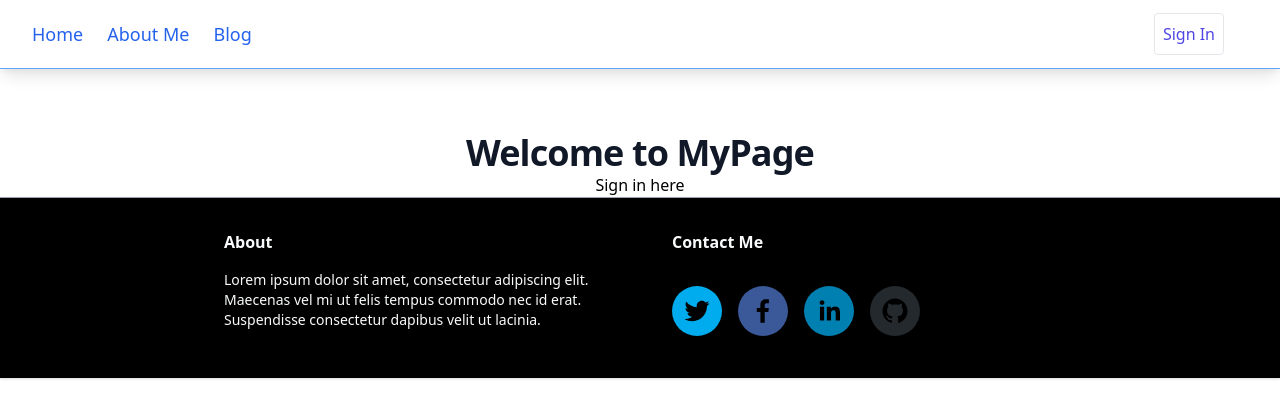
Repository: rushilramesh/portfolio-page
Page: /
An editor plug-in stored every save of this project. The page is shown before and after the next save, followed by the edit.
The browser window is 1280 px wide. The pictures show the whole page.
The project was rebuilt for these pictures with package versions that can differ from the ones it lists, and the page was loaded fresh each time. The framework's server and built-in components were replaced by stand-ins that run in the browser. Also part of the build but not shown: next.config.js.

Above is the page before, as saved 2021-05-21 02:39:37.

After the next save:
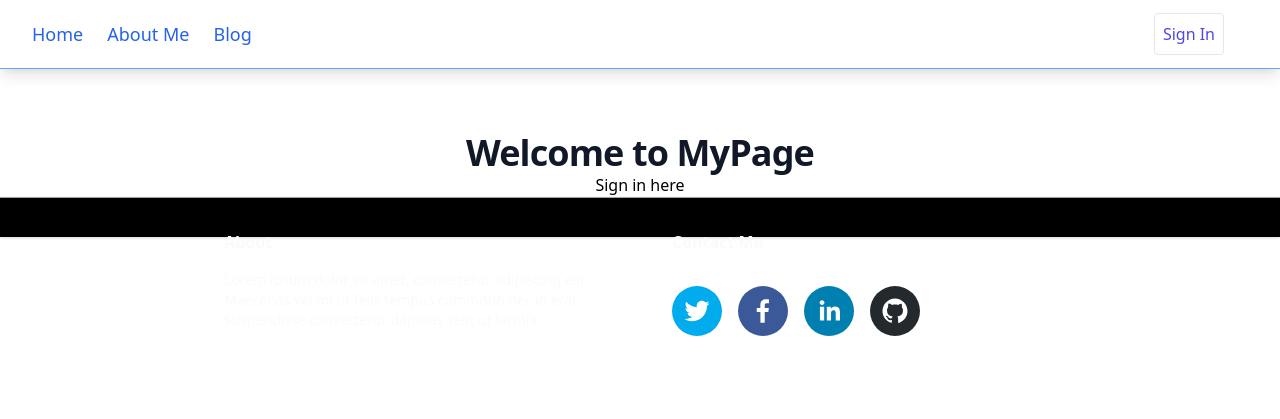
Saved 3 min 11 s later.
--- a/components/Layout.tsx
+++ b/components/Layout.tsx
@@ -11,7 +11,7 @@
         <div className="container mx-auto text-center">
             <main>{children}</main>
         </div>
-        <footer className="bg-black border-t border-gray-400 shadow mb-16 text-gray-50">
+        <footer className="bg-black border-t border-gray-400 shadow mb-16 text-gray-50 h-10" >
             <div className="container max-w-4xl mx-auto flex py-8 space-y-4ß">
                 <div className="flex w-full md:w-1/2 ">
                     <div className="px-8">

After the 2 saves that followed:
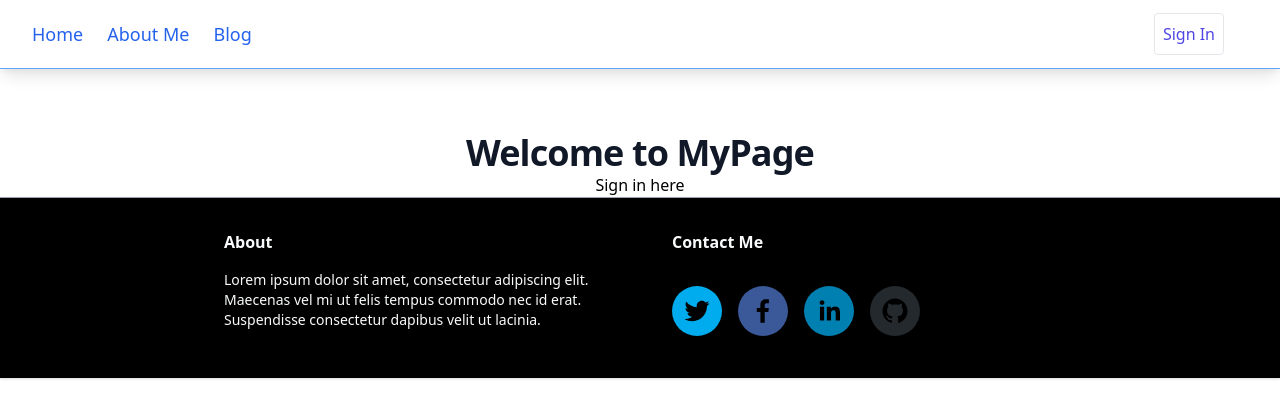
The 2 saves are shown as one change because 1 left the picture as it was.
The last was saved 26 s later.
--- a/components/Layout.tsx
+++ b/components/Layout.tsx
@@ -6,12 +6,12 @@
 
 const Layout = ({children, loggedIn} : {children: React.ReactNode, loggedIn?: boolean}) => {
     return (
-        <div className="flex flex-col width-screen height-screen">
+        <div className="flex flex-col width-screen h-screen">
         <Nav />
         <div className="container mx-auto text-center">
             <main>{children}</main>
         </div>
-        <footer className="bg-black border-t border-gray-400 shadow mb-16 text-gray-50 h-10" >
+        <footer className="bg-black border-t border-gray-400 shadow mb-16 text-gray-50 h-100" >
             <div className="container max-w-4xl mx-auto flex py-8 space-y-4ß">
                 <div className="flex w-full md:w-1/2 ">
                     <div className="px-8">
